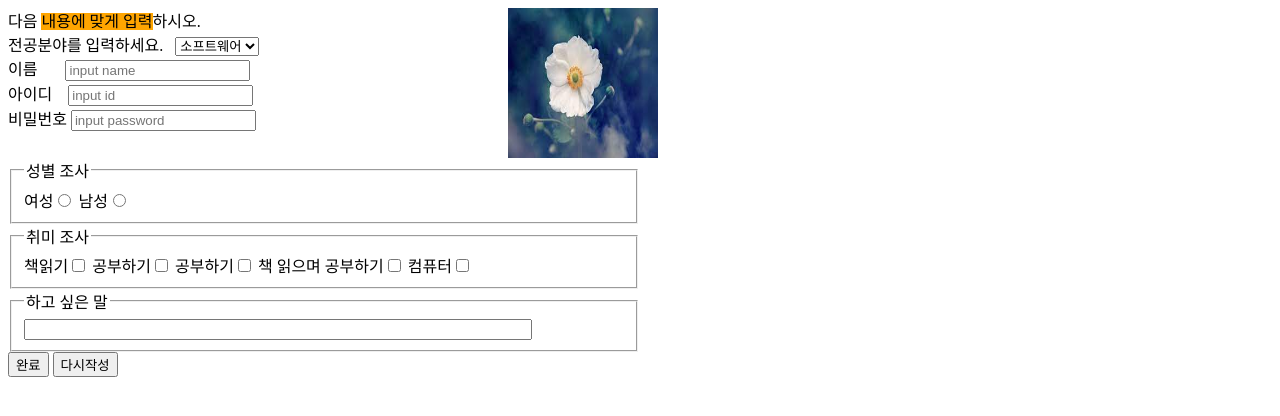
Repository: jwlee0714/HTML
Page: html/quiz-설문조사.html
The author's editor kept a copy of each file at every save. The page is drawn from the files as they stood at one save, then again after the next save.
The browser window is 1280 px wide. The pictures show the whole page.

Above is the page before, as saved 2021-10-05 09:14:48.

### html/quiz-설문조사.html
<!DOCTYPE html>
<html>
<head>
<meta charset="UTF-8">
<title>Insert title here</title>
</head>
<body>


	<div style="width:500px; height:150px;  float:left;">

		<span >다음</span>
		<span style="background-color:orange;">내용에 맞게 입력</span>하시오.


	<form>
		전공분야를 입력하세요. &nbsp; <select name ="select">
			<option value="p1">소프트웨어
			<option value="p2">하드웨어
			<option value="p3">정보공학
		</select>
		<br>이름&nbsp; &nbsp; &nbsp; &nbsp;<input type="text" name ="name" placeholder="input name"><br>
		아이디 &nbsp; &nbsp;<input type="text" name ="id" placeholder="input id"><br>
		비밀번호 <input type="password" name="pwd" placeholder="input password"><br>
	</form>
	</div>

	<div style="width:500px; height:150px;  float:left;">
	  <img src="img/다운로드.jfif" width="150" height="150">
	</div>



<fieldset style="width:600px;">
		<legend>성별 조사 </legend>
		여성<input type="radio">
		남성<input type="radio">
</fieldset>
<fieldset style="width:600px;">
		<legend>취미 조사 </legend>
		책읽기<input type="checkbox">
		공부하기<input type="checkbox">
		공부하기<input type="checkbox">
		책 읽으며 공부하기<input type="checkbox">
		컴퓨터<input type="checkbox">
</fieldset>
<fieldset style="width:600px;">
		<legend>하고 싶은 말 </legend>
		<input style= width:500px; type="text">
</fieldset>

<form action="quiz-회사소개.html" method="get">
	<input type="submit" value="완료">
	<input type="button" value="다시작성">
</form>

</body>
</html>

After the next save:
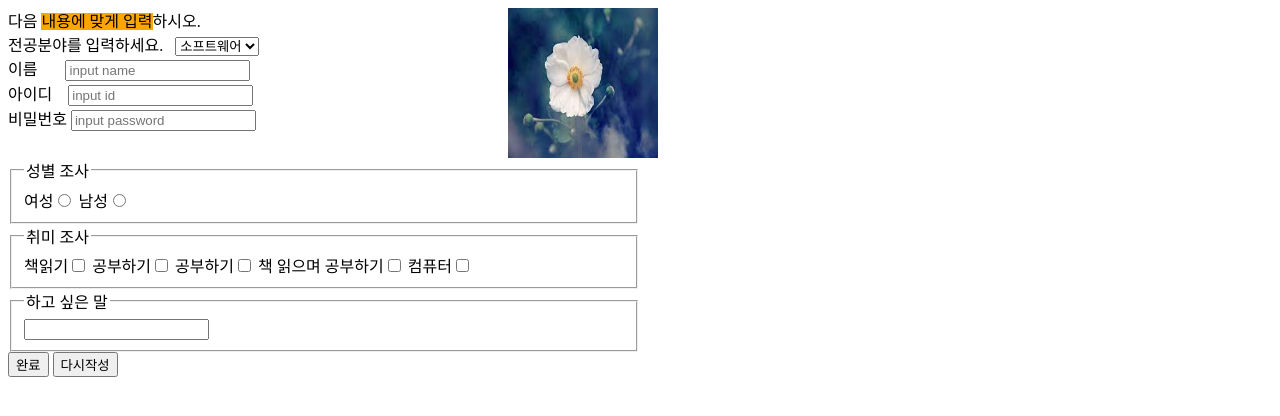
Saved 44 min 20 s later.
--- a/html/quiz-설문조사.html
+++ b/html/quiz-설문조사.html
@@ -46,7 +46,7 @@
 </fieldset>
 <fieldset style="width:600px;">
 		<legend>하고 싶은 말 </legend>
-		<input style= width:500px; type="text">
+		<input type="textarea">
 </fieldset>
 
 <form action="quiz-회사소개.html" method="get">

After the save that followed:
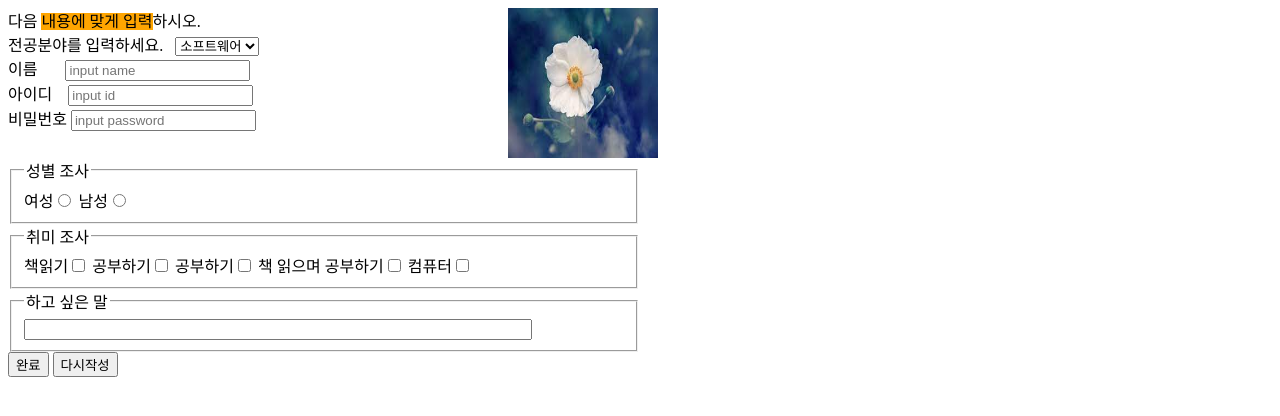
Saved 36 s later.
--- a/html/quiz-설문조사.html
+++ b/html/quiz-설문조사.html
@@ -46,7 +46,7 @@
 </fieldset>
 <fieldset style="width:600px;">
 		<legend>하고 싶은 말 </legend>
-		<input type="textarea">
+		<input style= width:500px; type="textarea">
 </fieldset>
 
 <form action="quiz-회사소개.html" method="get">
